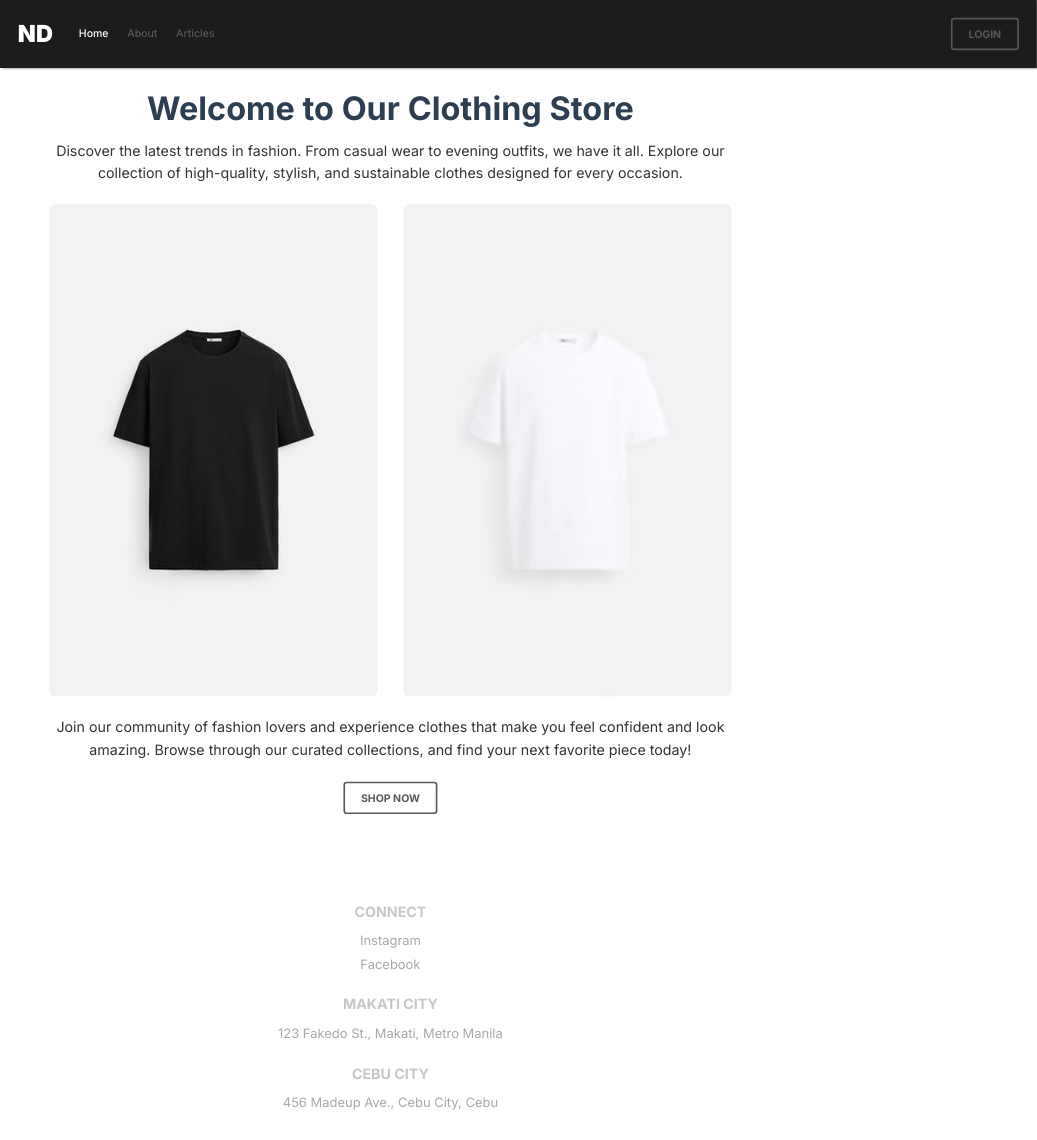
Repository: neomdavid/advancedwebprogramming
Page: /
An editor plug-in stored every save of this project. The page is shown before and after a run of saves, followed by the edit.
The browser window is 1280 px wide. The pictures show the whole page, at 81% of full size.
The project was rebuilt for these pictures with package versions that can differ from the ones it lists, and the page was loaded fresh each time. Also part of the build but not shown: vite.config.js, src/styles/AboutPage.css, src/pages/AboutPAge.jsx, src/styles/ArticleList.css, src/pages/ArticleList.jsx, src/pages/ArticlePage.jsx.

Above is the page before, as saved 2025-04-15 08:03:48.

After the next 2 saves:
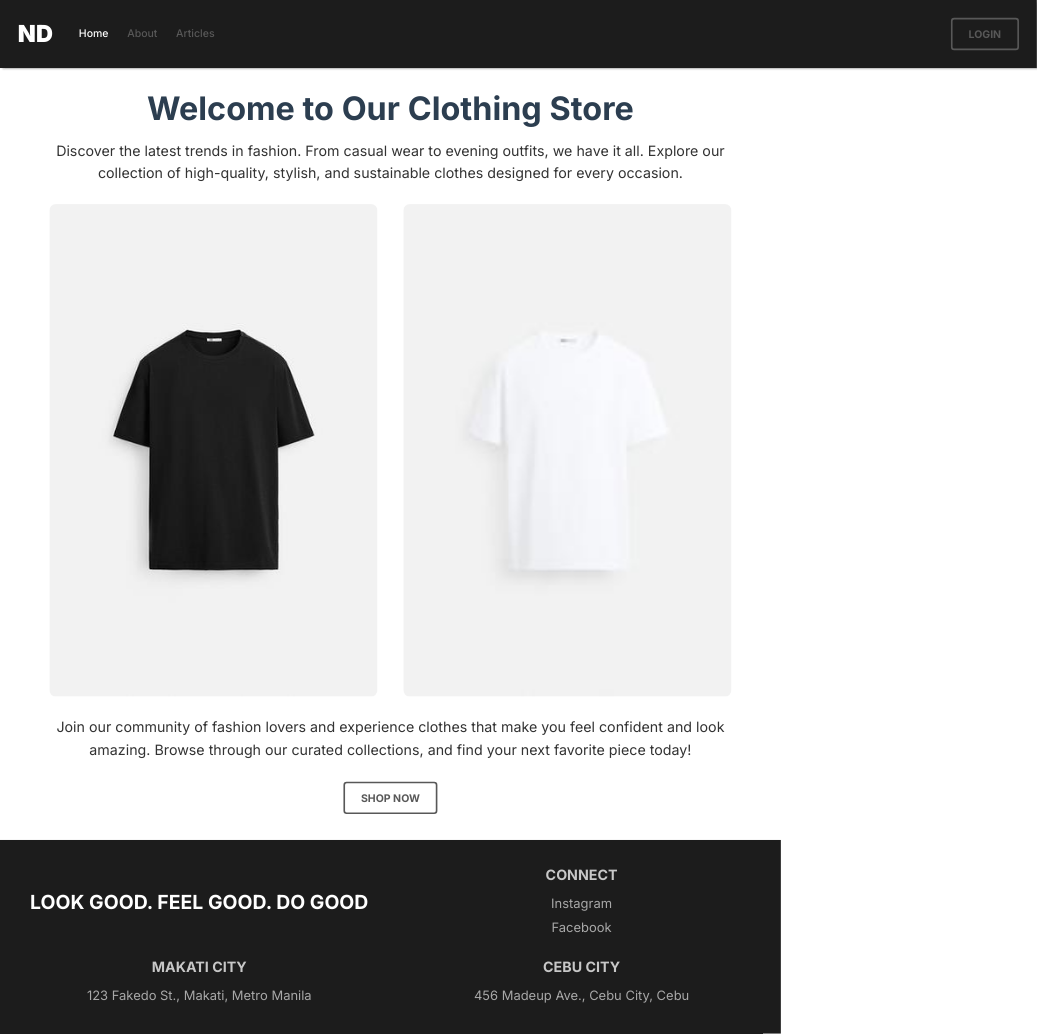
The 2 saves are shown as one change because they came seconds apart.
The last was saved 13 s later.
--- a/src/App.css
+++ b/src/App.css
@@ -65,6 +65,6 @@
 
 @media (min-width: 768px) {
   footer {
-    background-color: white;
+    grid-template-columns: 1fr 1fr;
   }
 }
